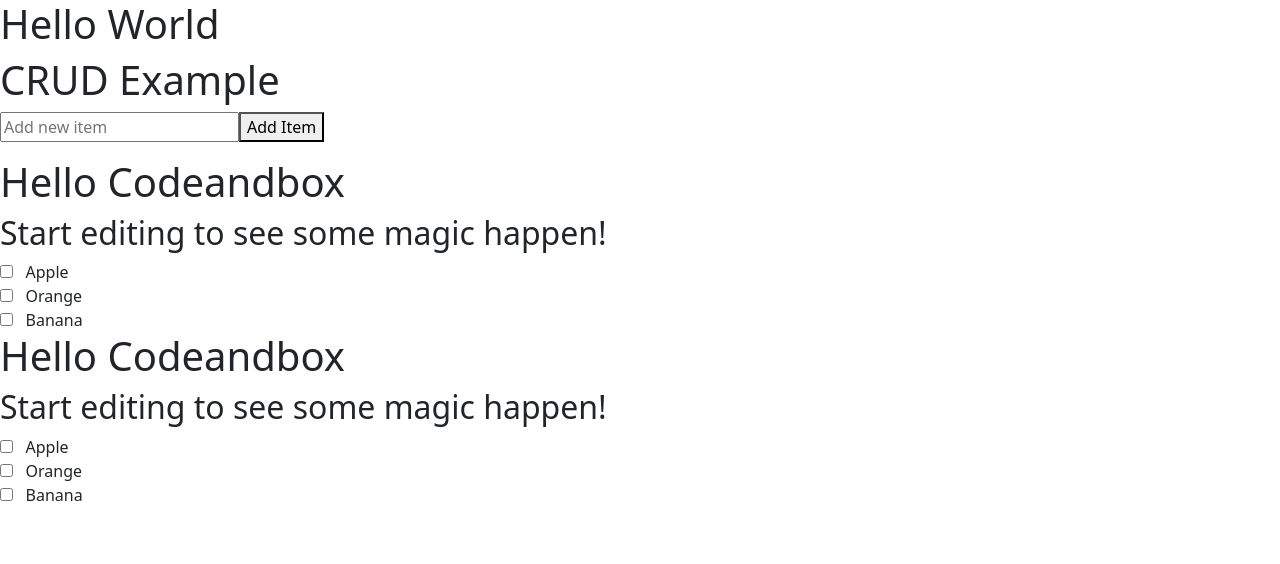
Repository: siva11021992/cvamyapp
Page: /
These files come from the project's save history. The page is drawn as it stood at one moment and after the next save; the edit follows.
The browser window is 1280 px wide. The pictures show the whole page.
The page's requests for data from a server got no answer. The project was rebuilt for these pictures with package versions that can differ from the ones it lists, and the page was loaded fresh each time. No one was signed in, and anything a server would have sent is missing.

Above is the page before, as saved 2024-10-08 17:01:32.

After the next save:
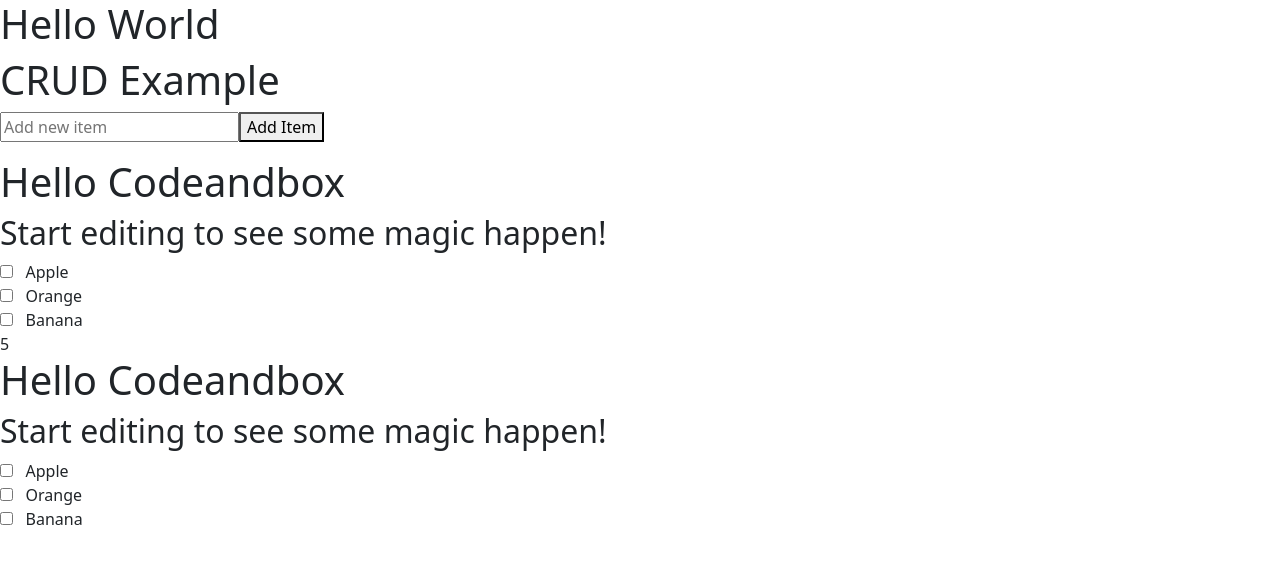
Saved 56 s later.
--- a/src/CheckBox.js
+++ b/src/CheckBox.js
@@ -1,7 +1,7 @@
 import { useState } from "react";
 
 
- function CheckBox() {
+ function CheckBox({title,age}) {
 const arr=["Apple", "Orange", "Banana"]
 
   const [fruitsArr, setFruitsArr] = useState([...arr]);
@@ -43,6 +43,8 @@ const arr=["Apple", "Orange", "Banana"]
           </div>
         );
       })}
+    {title && age}
+
     </div>
   );
 }
